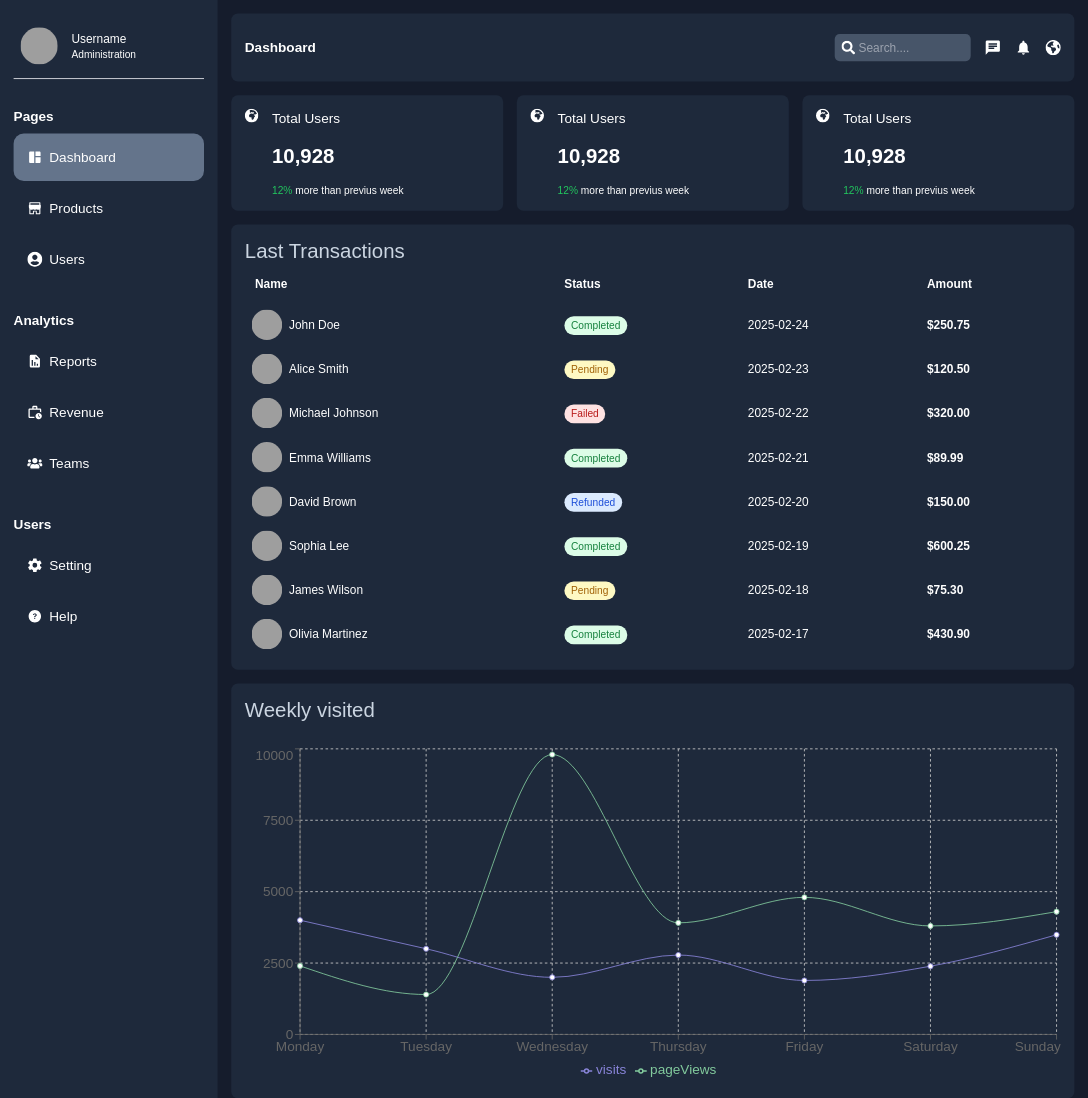
Repository: Than-sothearak/next-computer-admin
Page: /dashboard
An editor plug-in stored every save of this project. The page is shown before and after the next save, followed by the edit.
The browser window is 1280 px wide. The pictures show the whole page, at 85% of full size.
Pictures or frames that could not be fetched are drawn as grey boxes. The project was rebuilt for these pictures with package versions that can differ from the ones it lists, and the page was loaded fresh each time. The framework's server and built-in components were replaced by stand-ins that run in the browser. Also part of the build but not shown: next.config.mjs.

Above is the page before, as saved 2025-02-24 23:17:04.

After the next save:
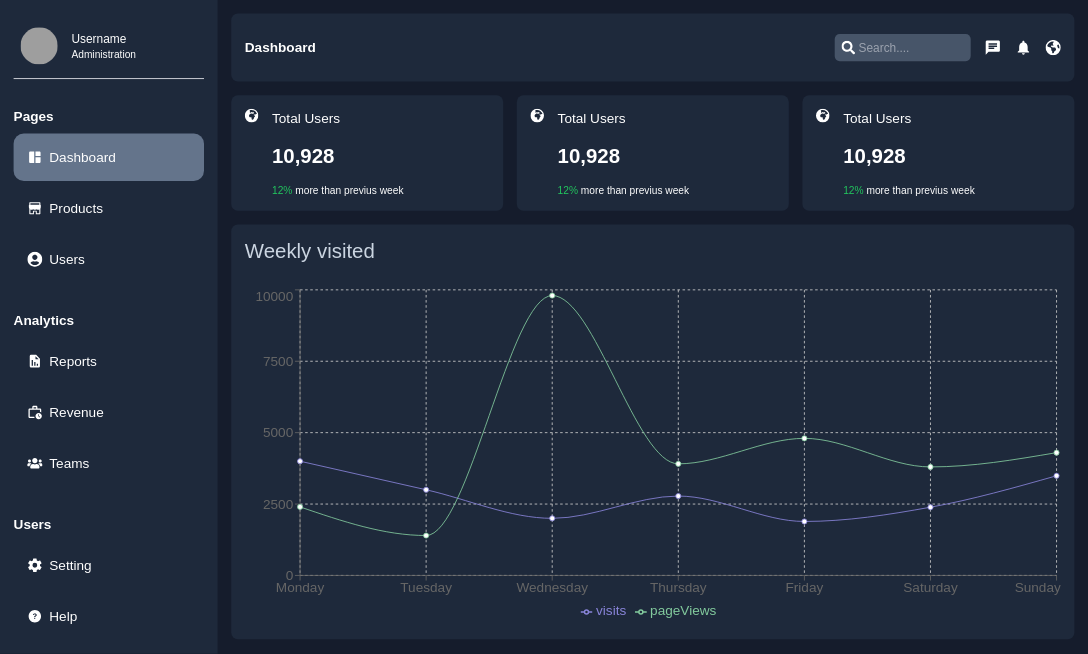
Saved 10 s later.
--- a/app/dashboard/page.js
+++ b/app/dashboard/page.js
@@ -42,42 +42,7 @@ const DashboardPage = () => {
 
     </div>
 
-    <div className="mt-4 rounded-lg bg-slate-800 p-4">
-      <h1 className="text-2xl text-slate-300">Last Transactions</h1>
-      <div>
-      <table className="w-full rounded-lg overflow-hidden">
-        <thead className="text-sm">
-          <tr>
-            <th className="p-3 text-left">Name</th>
-            <th className="p-3 text-left">Status</th>
-            <th className="p-3 text-left">Date</th>
-            <th className="p-3 text-left">Amount</th>
-          </tr>
-        </thead>
-        <tbody className="text-sm">
-          {latestTransactions.map((transaction, index) => (
-            <tr
-              key={index}
-              className=" transition-all"
-            >
-              <td className="p-2 flex gap-2 items-center"><img className="object-cover w-9 h-9 rounded-full " src="https://wac-cdn.atlassian.com/dam/jcr:ba03a215-2f45-40f5-8540-b2015223c918/Max-R_Headshot%20(1).jpg?cdnVersion=2574"/>{transaction.name}</td>
-              <td className="p-3">
-                <span
-                  className={`px-2 py-1 rounded-full text-xs font-medium ${
-                    statusColors[transaction.status] || "bg-gray-100 text-gray-700"
-                  }`}
-                >
-                  {transaction.status}
-                </span>
-              </td>
-              <td className="p-3">{transaction.date}</td>
-              <td className="p-3 font-semibold">${transaction.amount.toFixed(2)}</td>
-            </tr>
-          ))}
-        </tbody>
-      </table>
-      </div>
-    </div>
+
 
     <LineChartComponent />
  </>
